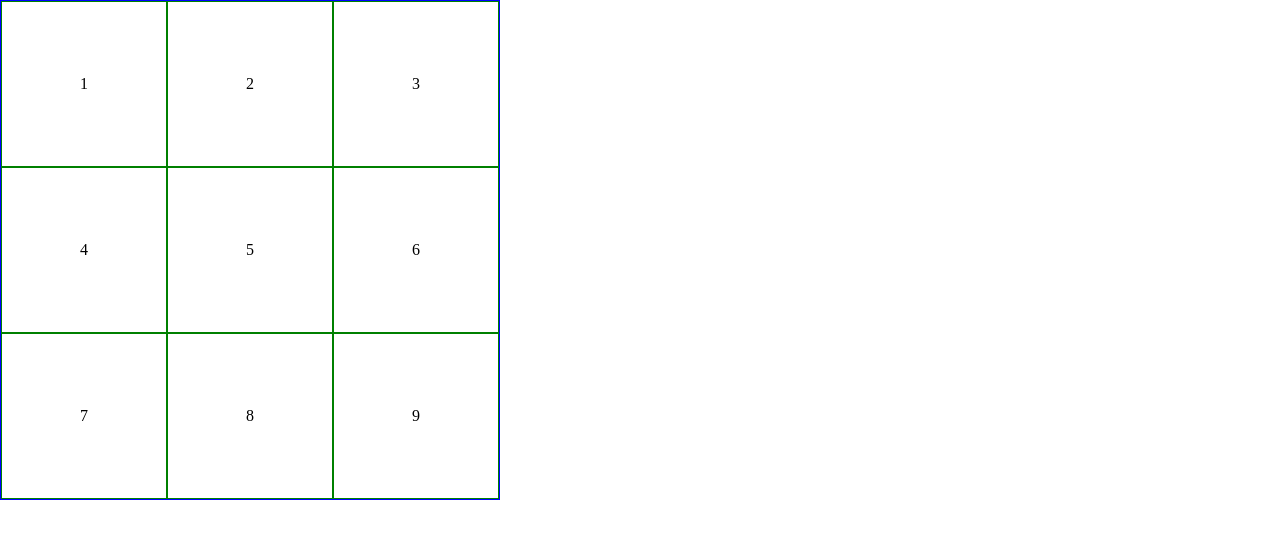
Repository: DaozhangChen/qiMen
Page: /
The author's editor kept a copy of each file at every save. The page is drawn from the files as they stood at one save, then again after the next save.
The browser window is 1280 px wide. The pictures show the whole page.
The project was rebuilt for these pictures with package versions that can differ from the ones it lists, and the page was loaded fresh each time. Also part of the build but not shown: vite.config.js.

Above is the page before, as saved 2024-04-04 18:09:28.

### src/App.jsx
import Suduku from './compoment/Suduku'

function App() {

  return (
    <>
      <Suduku />
    </>
  )
}

export default App

### src/index.css
* {
  padding: 0;
  margin: 0;
  box-sizing: border-box;
}

ul,
li {
  list-style: none;
}

### src/compoment/Suduku.jsx
import "./Suduku.css"

function Suduku() {
    const regionArr = [1, 2, 3, 4, 5, 6, 7, 8, 9]
    return (
        <div className="sudoku-grid">
            {/* 生成九宫格 */}
            {regionArr.map((value) => (
                <div key={`row-${value}`} className="sudoku-row">
                    <li className="suduku-cell">
                        {value}
                    </li>
                </div>
            ))}
        </div>
    )
}
export default Suduku

### src/compoment/Suduku.css
.sudoku-grid {
    border: 1px solid blue;
    width: 500px;
    height: 500px;
    display: grid;
    grid-template-columns: repeat(3, 1fr);
    grid-template-rows: repeat(3, 1fr);

}

.sudoku-row {
    display: flex;
    border: 1px solid green;
    align-items: center;
    justify-content: center;
}

Loaded but not shown: index.html (common file); src/main.jsx (common file)

After the next save:
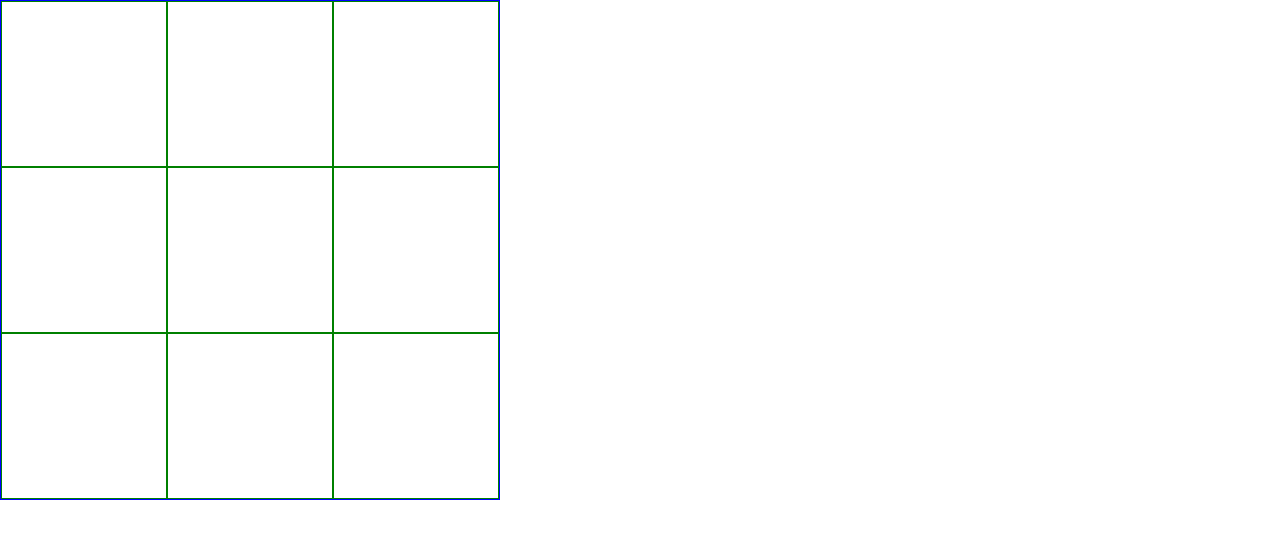
Saved 2 min 47 s later.
--- a/src/compoment/Suduku.jsx
+++ b/src/compoment/Suduku.jsx
@@ -2,13 +2,17 @@ import "./Suduku.css"
 
 function Suduku() {
     const regionArr = [1, 2, 3, 4, 5, 6, 7, 8, 9]
+
     return (
         <div className="sudoku-grid">
             {/* 生成九宫格 */}
             {regionArr.map((value) => (
                 <div key={`row-${value}`} className="sudoku-row">
                     <li className="suduku-cell">
-                        {value}
+                        <li className="god"></li>
+                        <li className="star"></li>
+                        <li className="door"></li>
+                        <li className="up"></li>
                     </li>
                 </div>
             ))}
